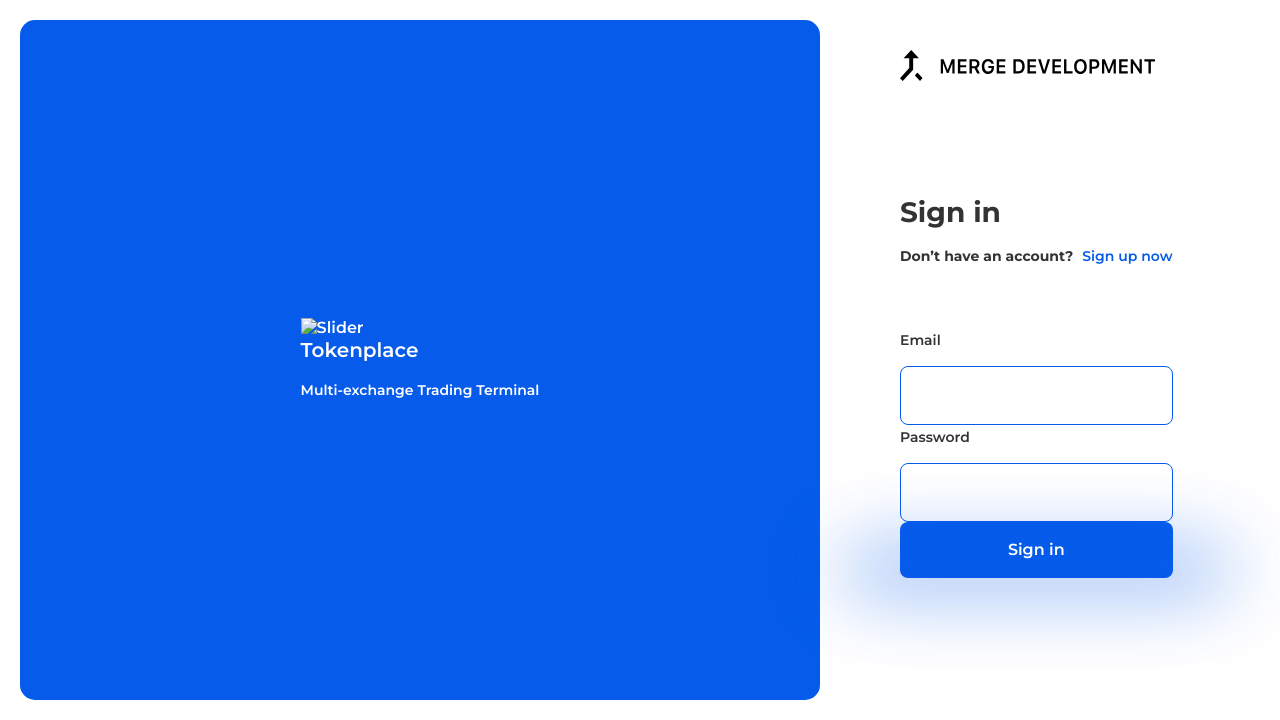
Repository: 13RedFox/form-project
Page: /
An editor plug-in stored every save of this project. The page is shown before and after the next save, followed by the edit.
The browser window is 1280 px wide. The pictures show the whole page.
The project was rebuilt for these pictures with package versions that can differ from the ones it lists, and the page was loaded fresh each time.

Above is the page before, as saved 2021-08-04 18:21:43.

After the next save:
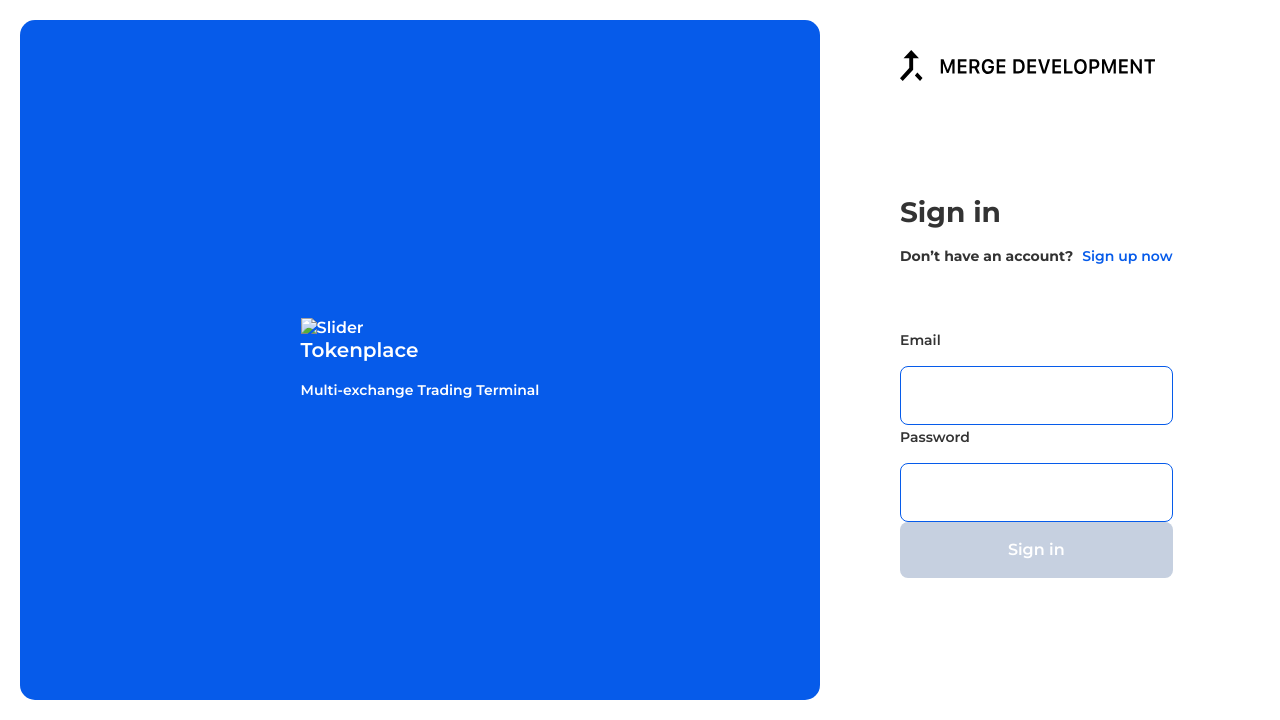
Saved 26 s later.
--- a/src/components/Form/Form.jsx
+++ b/src/components/Form/Form.jsx
@@ -17,7 +17,7 @@
         </div>
         <Input label="Email" type="email" className={styles.input} />
         <Input label="Password" type="password" className={styles.input} />
-        <Button label="Sign in" />
+        <Button label="Sign in" disabled />
       </form>
     </div>
   );
